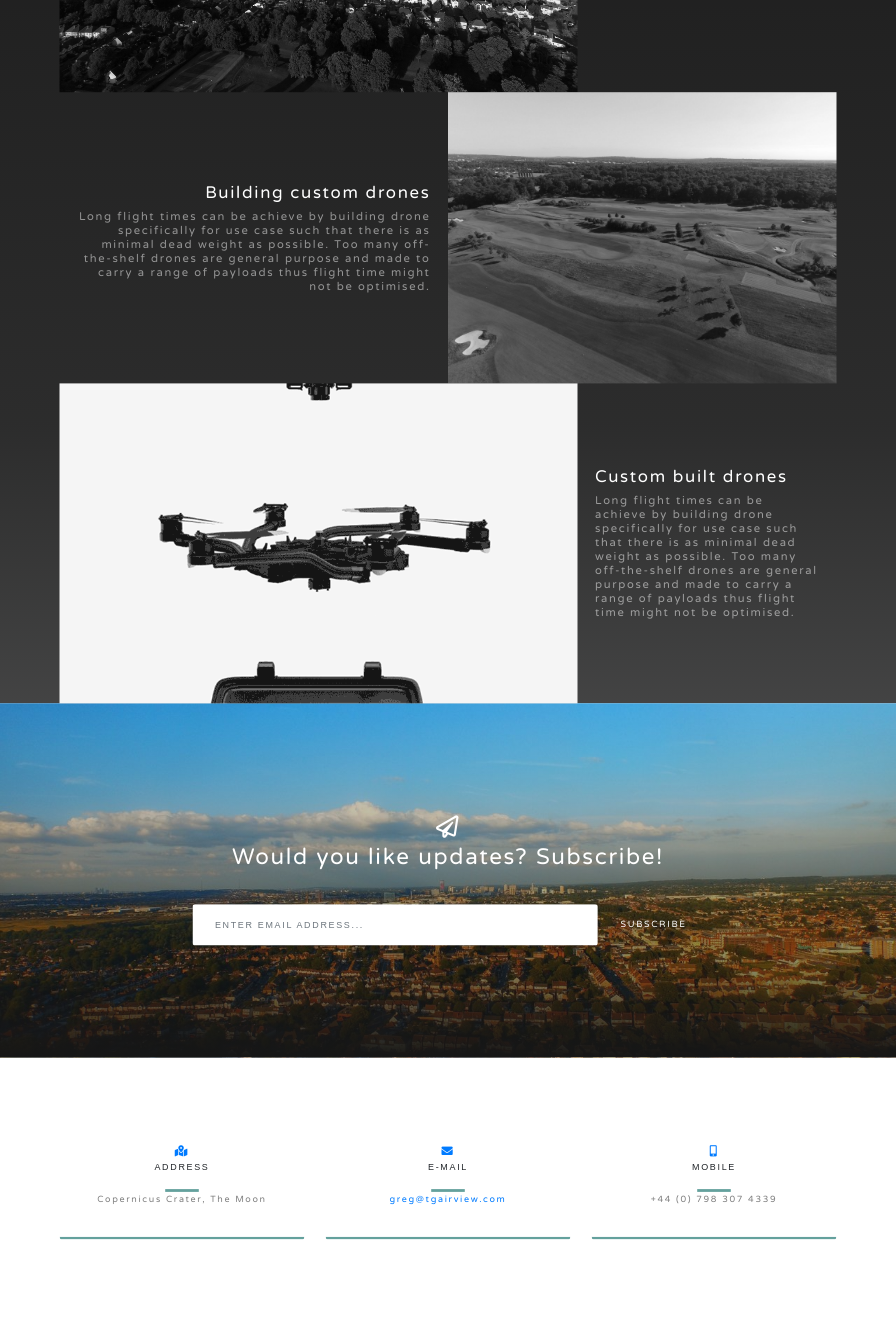
Repository: geoeskel/UCFD-Milestone-Project
Page: index.html
The author's editor kept a record of every edit. The page is drawn from the files as they stood at one moment, then again after the next edit.
The browser window is 1280 px wide. The pictures show the part of the page from y = 2304 to 4224 px (the page is 4224 px tall), at 70% of full size.
A picture or video elsewhere on the page could not be fetched, so the positions and the page height are approximate. Some web libraries are served in a nearby version.

Above is the page before.

### index.html
<!DOCTYPE html>
<html lang="en">

<head>
  <meta charset="utf-8">
  <meta name="viewport" content="width=device-width, initial-scale=1, shrink-to-fit=no">
  <title>TG Airview - Aerial Photography</title>
  <link href="css/bootstrap.css" rel="stylesheet">
  <link rel="stylesheet" href="https://use.fontawesome.com/releases/v5.1.1/css/all.css" integrity="sha384-O8whS3fhG2OnA5Kas0Y9l3cfpmYjapjI0E4theH4iuMD+pLhbf6JI0jIMfYcK3yZ" crossorigin="anonymous">
  <link href="https://fonts.googleapis.com/css?family=Ubuntu|Varela+Round&display=swap" rel="stylesheet">
  <link href="css/style.css" rel="stylesheet">
</head>

<body id="page-top">

  <!--------------------Navigation-------------------->
  <nav class="navbar navbar-expand-lg navbar-light fixed-top" id="mainNav">
    <div class="container">
      <a class="navbar-brand js-scroll-trigger" href="#page-top">Home</a>
      <button class="navbar-toggler navbar-toggler-right" type="button" data-toggle="collapse" data-target="#navbarResponsive" aria-controls="navbarResponsive" aria-expanded="false" aria-label="Toggle navigation">
        Menu
        <i class="fas fa-bars"></i>
      </button>
      <div class="collapse navbar-collapse" id="navbarResponsive">
        <ul class="navbar-nav ml-auto">
          <li class="nav-item">
            <a class="nav-link js-scroll-trigger" href="#about">About</a>
          </li>
          <li class="nav-item">
            <a class="nav-link js-scroll-trigger" href="#services">Services</a>
          </li>
          <li class="nav-item">
            <a class="nav-link js-scroll-trigger" href="#signup">Contact</a>
          </li>
        </ul>
      </div>
    </div>
  </nav>


  <!--------------------Header-------------------->
  <header class="head-main">
    <div class="overlay"></div>
    <video playsinline="playsinline" autoplay="autoplay" muted="muted" loop="loop">
    <source src="vids/header.mp4" type="video/mp4">
  </video>
    <div class="container h-100">
      <div class="d-flex h-100 text-center align-items-center">
        <div class="w-100 text-white">
          <h1 class="display-3">TG Airview</h1>
          <h2 class="text-white-50 mx-auto mt-2 mb-5">Aerial Photography</h2>
          <a href="#about" class="btn btn-primary js-scroll-trigger">Let's Fly!</a>
        </div>
      </div>
    </div>

  </header>

  <!--------------------About-------------------->
  <section id="about" class="about-section text-center">
    <div class="container">
      <div class="row">
        <div class="col-lg-8 mx-auto">
          <h2 class="text-white mb-4">Our love for flying comes shining through!</h2>
          <p class="text-white-50">We currently work with the world's leading drone company
            <a href="https://www.dji.com/" target="_blank">DJI.</a> We combine their best technology and our design to make our every project special - not just for us but especially for you!</p>
        </div>
      </div>
      <img src="img/about.png" class="img-fluid" alt="">

    </div>
  </section>

  <!--------------------Services-------------------->
  <section id="services" class="about-section bg-light">
    <div class="container">

      <div class="row align-items-center no-gutters mb-4 mb-lg-5">
        <div class="col-xl-8 col-lg-7">
          <img class="img-fluid mb-3 mb-lg-0" src="img/img1.jpg" alt="">
        </div>
        <div class="col-xl-4 col-lg-5">
          <div class="featured-text text-center text-lg-left">
            <div class="first-service">
              <h4 class="text-white">Aerial photography</h4>
              <p class="text-white-50 mb-0">So what makes aerial photography so darn good? A great many things. It allows for a new – and extremely different – angle of shooting. There’s a huge difference in the angle of view when shooting from the ground, or even from a mountaintop,
                and when shooting from hundreds of meters above the landscape.</p>
            </div>
          </div>
        </div>
      </div>

      <div class="row justify-content-center no-gutters mb-4 mb-lg-5">
        <div class="col-lg-6">
          <img class="img-fluid mb-3 mb-lg-0" src="img/img2.jpg" alt="">
        </div>
        <div class="col-lg-6 order-lg-first">
          <div class="text-center h-100 project">
            <div class="d-flex h-100">
              <div class="project-text w-100 my-auto text-center text-lg-right">
                <div class="first-service">
                  <h4 class="text-white">Building custom drones</h4>
                  <p class="mb-0 text-white-50">Long flight times can be achieve by building drone specifically for use case such that there is as minimal dead weight as possible. Too many off-the-shelf drones are general purpose and made to carry a range of payloads thus flight time
                    might not be optimised.</p>
                </div>

              </div>
            </div>
          </div>
        </div>
      </div>

      <div class="row align-items-center no-gutters mb-4 mb-lg-5">
        <div class="col-xl-8 col-lg-7">
          <img class="img-fluid mb-3 mb-lg-0" src="img/custom-01.gif" alt="">
        </div>
        <div class="col-xl-4 col-lg-5">
          <div class="featured-text text-center text-lg-left">
            <div class="first-service">
              <h4 class="text-white">Custom built drones</h4>
              <p class="text-white-50 mb-0">Long flight times can be achieve by building drone specifically for use case such that there is as minimal dead weight as possible. Too many off-the-shelf drones are general purpose and made to carry a range of payloads thus flight time
                    might not be optimised.</p>
            </div>
          </div>
        </div>
      </div>

    </div>
  </section>


  <!--------------------Contact-------------------->
  <section id="signup" class="signup-section">
    <div class="container">
      <div class="row">
        <div class="col-md-10 col-lg-8 mx-auto text-center">

          <i class="far fa-paper-plane fa-2x mb-2 text-white"></i>
          <h2 class="text-white mb-5">Would you like updates? Subscribe!</h2>

          <form class="form-inline d-flex">
            <input type="email" class="form-control flex-fill mr-0 mr-sm-2 mb-3 mb-sm-0" id="inputEmail" placeholder="Enter email address...">
            <button type="submit" class="btn btn-primary mx-auto">Subscribe</button>
          </form>

        </div>
      </div>
    </div>
  </section>


  <section class="contact-section bg-black">
    <div class="container">

      <div class="row">

        <div class="col-md-4 mb-3 mb-md-0">
          <div class="card py-4 h-100">
            <div class="card-body text-center">
              <i class="fas fa-map-marked-alt text-primary mb-2"></i>
              <h4 class="text-uppercase m-0">Address</h4>
              <hr class="my-4">
              <div class="small text-black-50">Copernicus Crater, The Moon</div>
            </div>
          </div>
        </div>

        <div class="col-md-4 mb-3 mb-md-0">
          <div class="card py-4 h-100">
            <div class="card-body text-center">
              <i class="fas fa-envelope text-primary mb-2"></i>
              <h4 class="text-uppercase m-0">E-Mail</h4>
              <hr class="my-4">
              <div class="small text-black-50">
                <a href="#">greg@tgairview.com</a>
              </div>
            </div>
          </div>
        </div>

        <div class="col-md-4 mb-3 mb-md-0">
          <div class="card py-4 h-100">
            <div class="card-body text-center">
              <i class="fas fa-mobile-alt text-primary mb-2"></i>
              <h4 class="text-uppercase m-0">Mobile</h4>
              <hr class="my-4">
              <div class="small text-black-50">+44 (0) 798 307 4339</div>
            </div>
          </div>
        </div>
      </div>

      <div class="social d-flex justify-content-center">
        <a href="https://www.youtube.com/channel/UCpPGd5hFzI-q_gBM0CxnEIA" target="_blank" class="mx-2">
         <i class="fab fa-youtube"></i>

        <a href="https://twitter.com/DJIGlobal?ref_src=twsrc%5Egoogle%7Ctwcamp%5Eserp%7Ctwgr%5Eauthor target="_blank" class="mx-2">
          <i class="fab fa-twitter"></i>
        </a>
        <a href="https://www.facebook.com/dji.europe/?brand_redir=448935811878964" target="_blank" class="mx-2">
          <i class="fab fa-facebook-f"></i>
        </a>
        <a href="https://www.linkedin.com/in/greg-wladyka-9523a28a" target="_blank" class="mx-2">
          <i class="fab fa-linkedin"></i>
        </a>
      </div>

    </div>
  </section>

  <!--------------------Footer-------------------->
  <footer class="bg-black small text-center text-white-50">
    <div class="container">
      Copyright &copy; TG Airview 2019
    </div>
  </footer>

  <script src="libraries/jquery.min.js"></script>
  <script src="libraries/bootstrap.bundle.min.js"></script>
  <script src="libraries/jquery.easing.min.js"></script>
  <script src="libraries/tgairview.min.js"></script>

</body>

</html>

### css/style.css
/* --------------------NAVBAR-------------------- */

#mainNav {
  min-height: 40px;
  background-color: #fff;
}

#mainNav .navbar-toggler {
  font-size: 80%;
  padding: 0.75rem;
  color: #004080;
  border: 1px solid #004080;
}

#mainNav .navbar-toggler:focus {
  outline: none;
}

#mainNav .navbar-brand {
  color: #161616;
  font-weight: 600;
  padding: .7rem 0;
}

#mainNav .navbar-nav .nav-item:hover {
  color: fade(white, 75%);
  outline: none;
  background-color: transparent;
}

#mainNav .navbar-nav .nav-item:active,
#mainNav .navbar-nav .nav-item:focus {
  outline: none;
  background-color: transparent;
}

@media (min-width: 992px) {
  #mainNav {
    padding-top: 0;
    padding-bottom: 0;
    border-bottom: none;
    background-color: transparent;
    transition: background-color 0.35s ease-in-out;
  }
  #mainNav .navbar-brand {
    padding: .5rem 0;
    color: rgba(255, 255, 255, 0.5);
  }
  #mainNav .nav-link {
    transition: none;
    padding: 2rem 1.5rem;
    color: rgba(255, 255, 255, 0.5);
  }
  #mainNav .nav-link:hover {
    color: rgba(255, 255, 255, 0.75);
  }
  #mainNav .nav-link:active {
    color: white;
  }
  #mainNav.navbar-shrink {
    background-color: #ffffff;
  }
  #mainNav.navbar-shrink .navbar-brand {
    color: #161616;
  }
  #mainNav.navbar-shrink .nav-link {
    color: #161616;
    padding: 1.5rem 1.5rem 1.25rem;
    border-bottom: 0.25rem solid transparent;
  }
  #mainNav.navbar-shrink .nav-link:hover {
    color: #161616;
  }
  #mainNav.navbar-shrink .nav-link:active {
    color: #666666;
  }
  #mainNav.navbar-shrink .nav-link.active {
    color: #161616;
    outline: none;
    border-bottom: 0.25rem solid #161616;
  }
}

/* --------------------HEADER-------------------- */

header {
  position: relative;
  background-color: black;
  height: 100vh;
  min-height: 25rem;
  width: 100%;
  overflow: hidden;
}

header video {
  position: absolute;
  top: 50%;
  left: 50%;
  min-width: 100%;
  min-height: 100%;
  width: auto;
  height: auto;
  z-index: 0;
  -ms-transform: translateX(-50%) translateY(-50%);
  -moz-transform: translateX(-50%) translateY(-50%);
  -webkit-transform: translateX(-50%) translateY(-50%);
  transform: translateX(-50%) translateY(-50%);
}

header .container {
  position: relative;
  z-index: 2;
}

header .overlay {
  position: absolute;
  top: 0;
  left: 0;
  height: 100%;
  width: 100%;
  background-color: black;
  opacity: 0.5;
  z-index: 1;
}

.container {
  font-family: 'Ubuntu', sans-serif;
  font-size: 20px;
  line-height: 20px;
  letter-spacing: 0.5rem;

}

.head-main {
  position: relative;
  width: 100%;
  height: auto;
  min-height: 35rem;
  padding: 15rem 0;
  background: linear-gradient(to bottom, rgba(22, 22, 22, 0.3) 0%, rgba(22, 22, 22, 0.7) 75%, #161616 100%), url("../img/bg-head-main.jpg");
  background-position: center;
  background-repeat: no-repeat;
  background-attachment: scroll;
  background-size: cover;
}

.head-main h1 {
  font-family: 'Ubuntu', sans-serif;
  font-size: 2.5rem;
  line-height: 2.5rem;
  letter-spacing: 0.8rem;
  background: -webkit-linear-gradient(rgba(255, 255, 255, 0.7), rgba(255, 255, 255, 0));
  -webkit-text-fill-color: transparent;
  -webkit-background-clip: text;
}

.head-main h2 {
  max-width: 20rem;
  font-size: 1rem;
}

@media (min-width: 768px) {
  .head-main h1 {
    font-size: 4rem;
    line-height: 7rem;
    }
}

@media (min-width: 992px) {
  .head-main {
    height: 100vh;
    padding: 0;
  }
  .head-main h1 {
    font-size: 6.5rem;
    line-height: 6.5rem;
    letter-spacing: 0.8rem;
  }
  .head-main h2 {
    max-width: 30rem;
    font-size: 1.25rem;
  }
}

.btn {
  box-shadow: 0 0.2rem 0.2rem 0 rgba(0, 0, 0, 0.1);
  padding: 0.75rem 1.5rem;
  font-family: 'Varela Round', sans-serif;
  font-size: 80%;
  text-transform: uppercase;
  letter-spacing: .15rem;
  border: 0;
}

.btn-primary {
  background-color: Transparent;
}

.btn-primary:hover {
  background-color: #7f7f7f;
}

.btn-primary:focus {
  background-color: #1a1a1a;
  color: white;
}

.btn-primary:active {
  background-color: #B8B8B8;
}

/* --------------------ABOUT-------------------- */

.about-section {
  padding-top: 10rem;
  background: linear-gradient(to bottom, #161616 0%, rgba(22, 22, 22, 0.9) 75%, rgba(22, 22, 22, 0.8) 100%);
  font-size: 10px;
}

.about-section p {
  margin-bottom: 5rem;
}

.row {
  height: auto;
  font-family: 'Varela Round', sans-serif;
  font-size: 80%;
  letter-spacing: 0.15rem;
  border: 0;
}

/* --------------------Services-------------------- */

.first-service {
  padding-left: 25px;
  padding-right: 25px;
}

.services-section {
  padding: 10rem 0;
}

.services-section .featured-text {
  padding: 2rem;
}

@media (min-width: 992px) {
  .services-section .featured-text {
    padding: 0 0 0 2rem;
    border-left: 0.5rem solid #161616;
  }
}

.services-section .project-text {
  padding: 3rem;
  font-size: 90%;
}

@media (min-width: 992px) {
  .services-section .project-text {
    padding: 5rem;
  }
}

/* --------------------Contact-------------------- */


.signup-section {
  padding: 10rem 0;
  background: linear-gradient(to bottom, rgba(22, 22, 22, 0.1) 0%, rgba(22, 22, 22, 0.5) 75%, #161616 100%), url("../img/bg-signup.jpg");
  background-position: center;
  background-repeat: no-repeat;
  background-attachment: scroll;
  background-size: cover;
}

.signup-section .form-inline input {
  box-shadow: 0 0.1875rem 0.1875rem 0 rgba(0, 0, 0, 0.1) !important;
  padding: 1.25rem 2rem;
  height: auto;
  font-family: 'Muli', sans-serif;
  font-size: 80%;
  text-transform: uppercase;
  letter-spacing: 0.15rem;
  border: 0;
}

.contact-section {
  padding: 5rem 0 0;
}

.contact-section .card {
  border: 0;
  border-bottom: 0.25rem solid #64a19d;
}

.contact-section .card h4 {
  font-size: 0.8rem;
  font-family: 'Muli', sans-serif;
  text-transform: uppercase;
  letter-spacing: 0.15rem;
}

.contact-section .card hr {
  border-color: #64a19d;
  border-width: 0.25rem;
  width: 3rem;
}

.contact-section .social {
  margin-top: 5rem;
}

.contact-section .social a {
  text-align: center;
  height: 3rem;
  width: 3rem;
  background: rgba(255, 255, 255, 0.1);
  border-radius: 100%;
  line-height: 3rem;
  color: rgba(255, 255, 255, 0.3);
}

.contact-section .social a:hover {
  color: rgba(255, 255, 255, 0.5);
}

.contact-section .social a:active {
  color: #ffffff;
}

Loaded but not shown: css/bootstrap.css (library); libraries/jquery.min.js (library); libraries/bootstrap.bundle.min.js (library); libraries/jquery.easing.min.js (common file); libraries/tgairview.min.js (common file)

After the next edit:
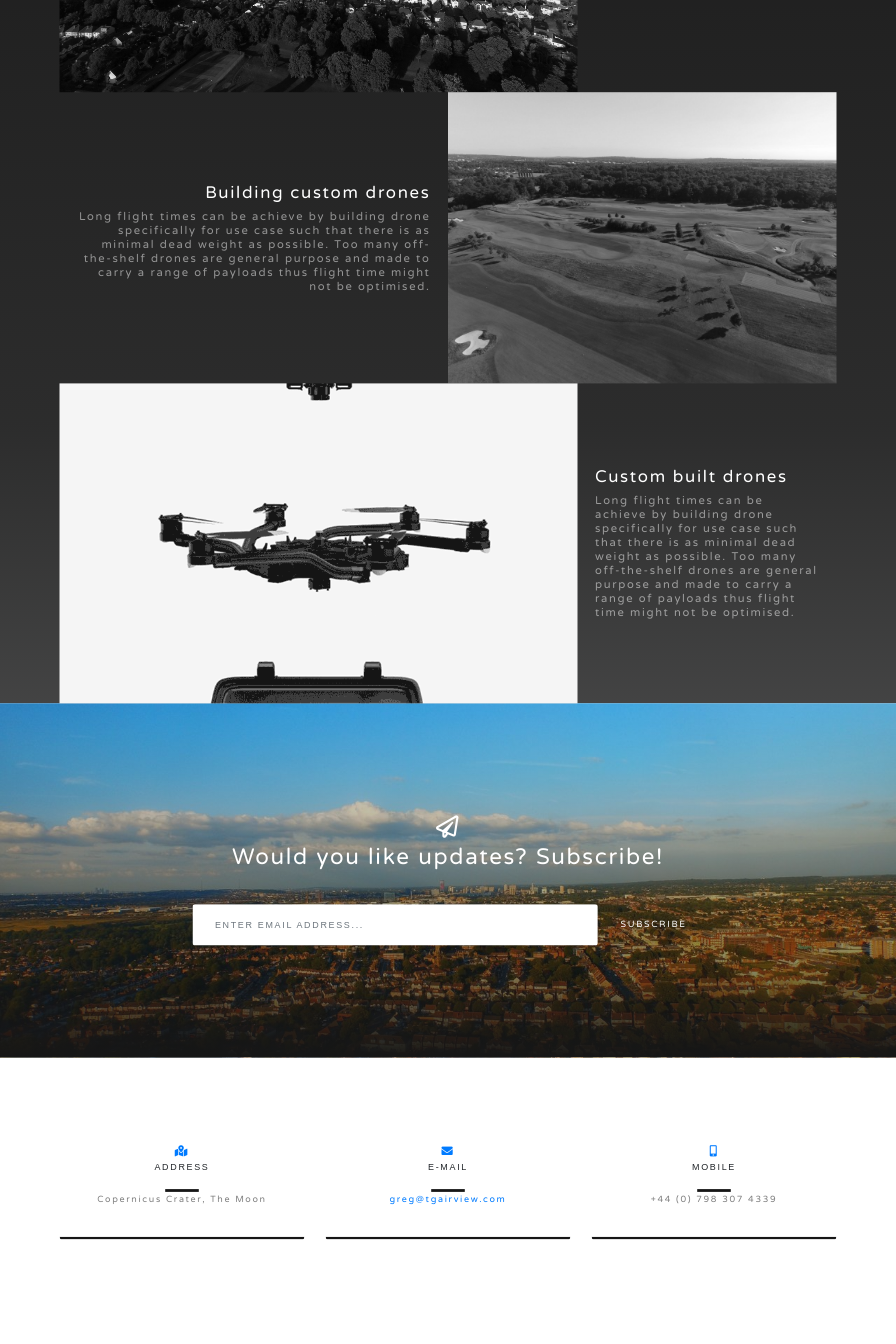
The edit:
--- a/css/style.css
+++ b/css/style.css
@@ -278,7 +278,7 @@
   box-shadow: 0 0.1875rem 0.1875rem 0 rgba(0, 0, 0, 0.1) !important;
   padding: 1.25rem 2rem;
   height: auto;
-  font-family: 'Muli', sans-serif;
+  font-family: 'Varela+Round', sans-serif;
   font-size: 80%;
   text-transform: uppercase;
   letter-spacing: 0.15rem;
@@ -291,18 +291,18 @@
 
 .contact-section .card {
   border: 0;
-  border-bottom: 0.25rem solid #64a19d;
+  border-bottom: 0.25rem solid #161616;
 }
 
 .contact-section .card h4 {
   font-size: 0.8rem;
-  font-family: 'Muli', sans-serif;
+  font-family: 'Varela+Round', sans-serif;
   text-transform: uppercase;
   letter-spacing: 0.15rem;
 }
 
 .contact-section .card hr {
-  border-color: #64a19d;
+  border-color: #161616;
   border-width: 0.25rem;
   width: 3rem;
 }
